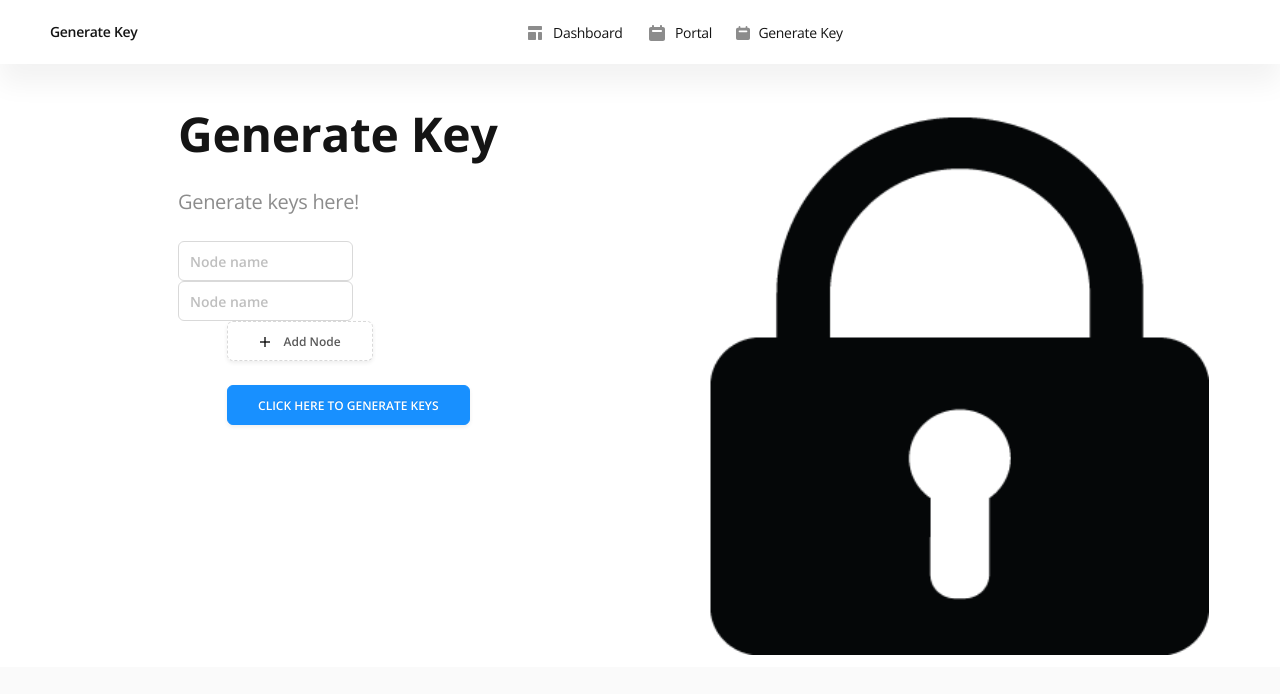
Repository: ahabalikhan/api-analytics-app-fe
Page: /sign-in
These files come from the project's save history. The page is drawn as it stood at one moment and after the next save; the edit follows.
The browser window is 1280 px wide. The pictures show the whole page.
The project was rebuilt for these pictures with package versions that can differ from the ones it lists, and the page was loaded fresh each time. Also part of the build but not shown: src/components/chart/configs/eChart.js, src/components/chart/EChart.js, src/components/chart/configs/lineChart.js, src/components/chart/LineChart.js, src/pages/Home.js, src/pages/Profile.js, src/components/layout/Sidenav.js, src/components/layout/Footer.js and 2 more. Imported but missing from the stored project, and not drawn on this page: src/pages/Billing, src/pages/Rtl, src/pages/Tables.

Above is the page before, as saved 2022-07-17 00:56:13.

After the next save:
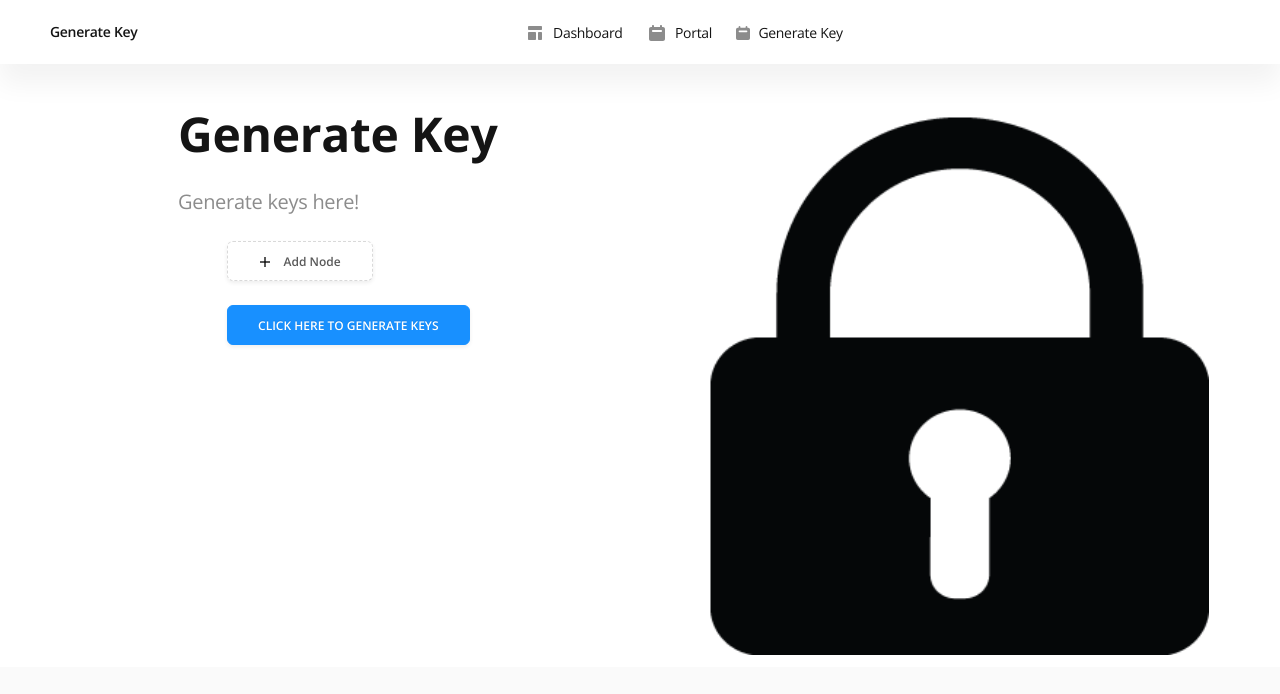
Saved 3 min 29 s later.
--- a/src/components/NodesForm.js
+++ b/src/components/NodesForm.js
@@ -39,19 +39,6 @@ const NodesForm = () => {
 
     return (
         <Form name="dynamic_form_item" {...formItemLayoutWithOutLabel} onFinish={onFinish}>
-            <Input
-                placeholder="Node name"
-                style={{
-                    width: '60%',
-                }}
-            />
-            <br />
-            <Input
-                placeholder="Node name"
-                style={{
-                    width: '60%',
-                }}
-            />
             <Form.List
                 name="names"
                 rules={[
